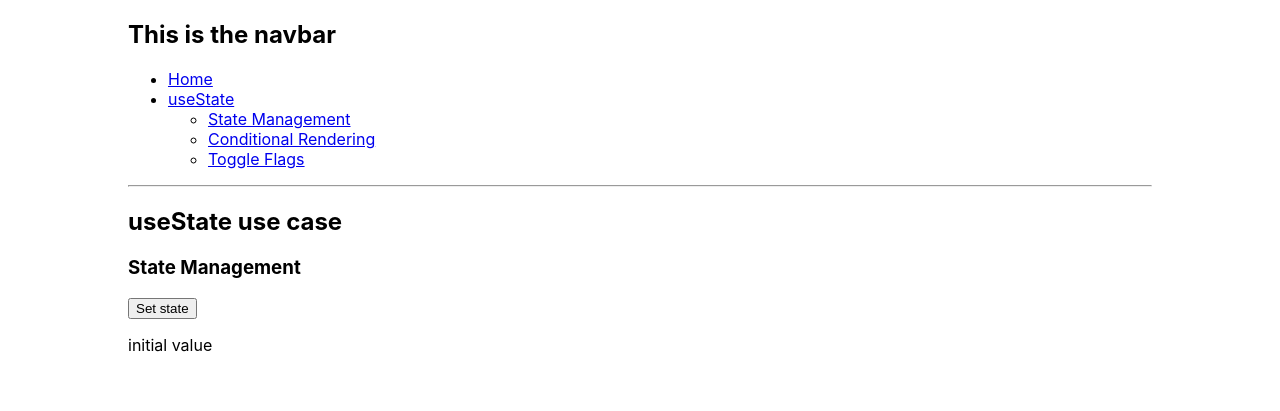
Repository: Colo-Codes/react-hooks-use-cases
Page: /usestate/state-management
These files come from the project's save history. The page is drawn as it stood at one moment and after the next save; the edit follows.
The browser window is 1280 px wide. The pictures show the whole page.
The project was rebuilt for these pictures with package versions that can differ from the ones it lists, and the page was loaded fresh each time. Also part of the build but not shown: src/components/Home/Home.js, src/components/UseCaseUseState/UseCaseUseState.js, src/components/UseCaseUseState/UseCaseConditionalRender.js, src/components/UseCaseUseState/UseCaseToggle.module.css, src/components/UseCaseUseState/UseCaseToggle.js.

Above is the page before, as saved 2021-09-07 10:18:21.

### src/App.js
import classes from './App.module.css';
import { BrowserRouter as Router, Route, Switch } from 'react-router-dom';
import React from 'react';
import Home from './components/Home/Home';
import UseCaseUseState from './components/UseCaseUseState/UseCaseUseState';
import Navbar from './components/Navbar/Navbar';
import UseCaseStateManagement from './components/UseCaseUseState/UseCaseStateManagement';
import UseCaseConditionalRender from './components/UseCaseUseState/UseCaseConditionalRender';
import UseCaseToggle from './components/UseCaseUseState/UseCaseToggle';

function App() {
  return (
    <div className={classes.main}>
      <Router>
        <Navbar />
        <Switch>
          <Route exact path="/">
            <Home />
          </Route>
          <Route exact path="/usestate">
            <UseCaseUseState />
          </Route>
          <Route path="/usestate/state-management">
            <UseCaseStateManagement />
          </Route>
          <Route path="/usestate/conditional-rendering">
            <UseCaseConditionalRender />
          </Route>
          <Route path="/usestate/toggle">
            <UseCaseToggle />
          </Route>
        </Switch>
      </Router>
    </div>
  );
};

export default App;

### src/App.module.css
.main {
  width: 80%;
  margin: auto;
}

### src/components/Navbar/Navbar.js
import { Link } from "react-router-dom";

const Navbar = props => {
    return (
        <nav>
            <h1>This is the navbar</h1>
            <ul>
                <li><Link to="/">Home</Link></li>
                <li><Link to="/usestate">useState</Link>
                    <ul>
                        <li><Link to="/usestate/state-management">State Management</Link></li>
                        <li><Link to="/usestate/conditional-rendering">Conditional Rendering</Link></li>
                        <li><Link to="/usestate/toggle">Toggle Flags</Link></li>
                    </ul>
                </li>
            </ul>
        </nav>
    );
};

export default Navbar;

### src/components/UseCaseUseState/UseCaseStateManagement.js
import { useState } from "react";

const UseCaseStateManagement = props => {
    const [state, setState] = useState('initial value');

    console.log('🔄 This is a re-render');

    const clickHandler = () => {
        setState('new value');
    };

    return (
        <>
            <hr />
            <h2>useState use case</h2>
            <h3>State Management</h3>
            <button onClick={clickHandler}>Set state</button>
            <p>{state}</p>
        </>
    );
};

export default UseCaseStateManagement;

Loaded but not shown: public/index.html (common file); src/index.js (common file); src/index.css (common file); src/reportWebVitals.js (common file)

After the next save:
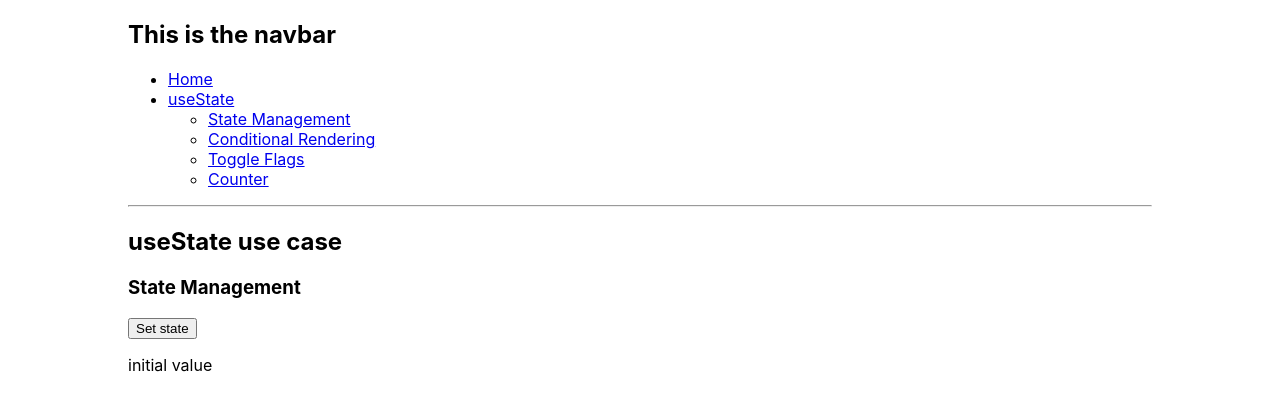
Saved 13 s later.
--- a/src/components/Navbar/Navbar.js
+++ b/src/components/Navbar/Navbar.js
@@ -11,6 +11,7 @@ const Navbar = props => {
                         <li><Link to="/usestate/state-management">State Management</Link></li>
                         <li><Link to="/usestate/conditional-rendering">Conditional Rendering</Link></li>
                         <li><Link to="/usestate/toggle">Toggle Flags</Link></li>
+                        <li><Link to="/usestate/counter">Counter</Link></li>
                     </ul>
                 </li>
             </ul>
